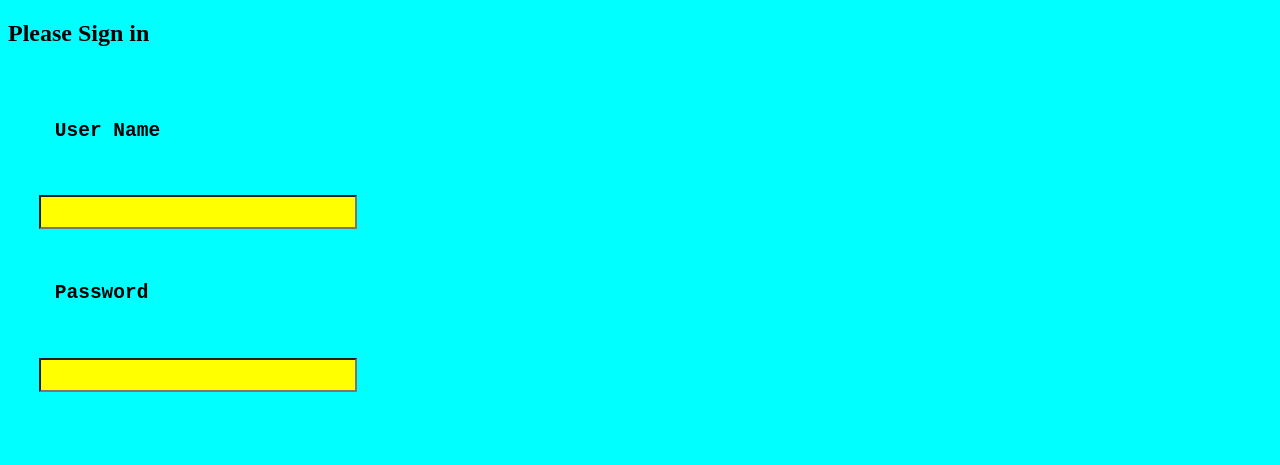
Repository: AkshayBorate/webJava
Page: web_projectservlet/src/main/webapp/login.html
The author's editor kept a copy of each file at every save. The page is drawn from the files as they stood at one save, then again after the next save.
The browser window is 1280 px wide. The pictures show the whole page.

Above is the page before, as saved 2024-11-28 06:38:43.

After the next save:
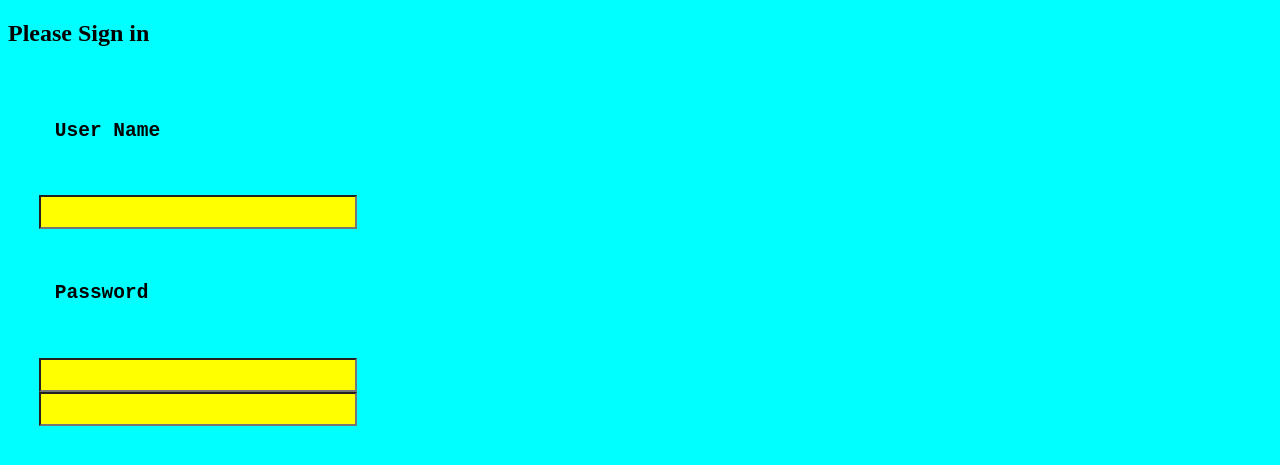
Saved 55 s later.
--- a/web_projectservlet/src/main/webapp/login.html
+++ b/web_projectservlet/src/main/webapp/login.html
@@ -13,6 +13,7 @@
     Password
     </h2>
     <input type="password" name="pass" style="background-color:yellow;color:blue; font-size:18pt"/>
+    <input type="sybmit" name="Click" style="background-color:yellow;color:blue; font-size:18pt"/>
     </pre>
 </form>
 </body>
